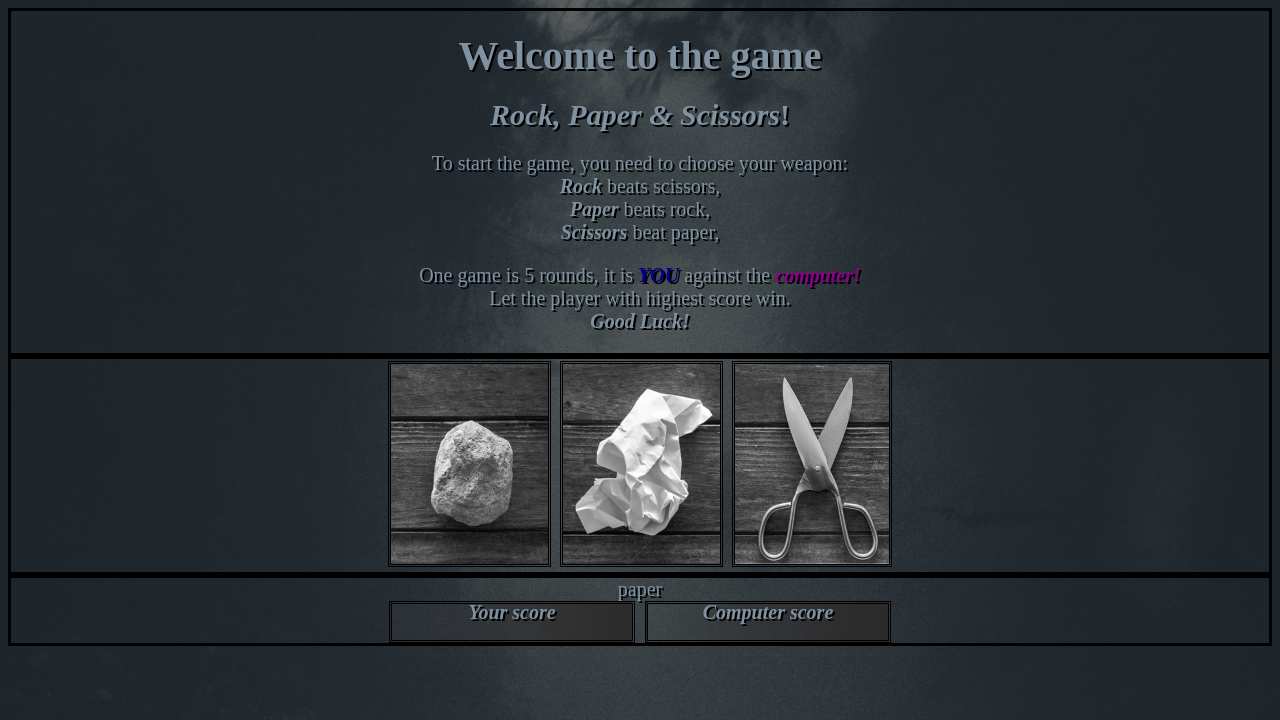
Repository: agneta1991/rock-paper-scissors
Page: Desktop/coding/index.html
These files come from the project's save history. The page is drawn as it stood at one moment and after the next save; the edit follows.
The browser window is 1280 px wide. The pictures show the whole page.

Above is the page before, as saved 2023-03-03 10:13:54.

### Desktop/coding/index.html
<!DOCTYPE html>
<html lang="en">
<head>
    <meta charset="UTF-8">
    <title>Rock Paper Scissors</title>
    <link rel="styleSheet" href='styles.css'>
</head>
<body>
    <script src="javascript.js" defer></script>
    <div class="container1">
        <div class="title">
            <h1>Welcome to the game </h1>
            <h2><span>Rock, Paper & Scissors</span>!</h2>
            <p>To start the game, you need to choose your weapon:<br>
            <span>Rock</span> beats scissors, <br>
            <span>Paper</span> beats rock, <br>
            <span>Scissors</span> beat paper,</p>
            <p>One game is 5 rounds, it is <span style="color: darkblue">YOU</span> against the <span style="color: darkmagenta">computer!</span><br>
            Let the player with highest score win.<br>
        <span>Good Luck!</span></p>
        </div>
    </div>
    <div class ="container2">
        <div class="options">
            <button class="rock"> <img src='images/rock.png'></button>
            <button class="paper"><img src='images/paper.png'></button>
            <button class="scissors"><img src='images/scissors.png'></button>
        </div>
    </div>
    <div class="container3">
        <div id="playerChoice"></div><div id="computerChoice"></div>
        <div class="score">
            <div class="playerScore"><span>Your score<span></span>
            <p class="displayedPlayerScore"></p></div>
            <div class="computerScore"><span>Computer score<span></span>
            <p class="displayedComputerScore"></p></div></div>
        </div>
    </div>
</body>
</html>

### Desktop/coding/styles.css
body{
    background-image: url('images/background.jpg');
    background-size:100%;
}
h1, h2{
    line-height: 90%;
}

.container1, .container2, .container3{
    border: solid black;
    color: rgb(128, 146, 161);
    text-shadow: 2px 2px black;
    font-size: 20px;
}
span{
    font-weight: bold;
    font-style: italic;
}
.container1{
    display: flex;
    justify-content: center;
    text-align: center;
}


img{
    width: auto ;
    height: 200px ;
    border-style: double;
}

.container2 {
    display: flex;
    justify-content: center;
    gap: 8px;
}
button{
    background-color: transparent;
    padding: 0%;
    border-color: transparent;
}


img {
    -webkit-filter:
    grayscale(100%);
    filter:grayscale(100%);
    -webkit-transition: .2s
    ease-in-out;
    transition: .2s ease-in-out;

}

img:hover {
    -webkit-filter:grayscale(0);
    filter:grayscale(0);

}

.playerScore, .computerScore {
    line-height: 80%;
    border: black;
    width: 240px;
    border-style: double;
    background-image: linear-gradient(to right, rgba(156, 146, 146, 0.055),rgb(44, 42, 42) );
}

.score{
    display: flex;
    justify-content: center;
    text-align: center;
    gap: 10px;

}

#playerChoice, #computerChoice{
    padding: 0%;
    display: flex;
    justify-content: center;
    text-align: center;
}

### Desktop/coding/javascript.js
const choice = ['rock', 'paper', 'scissors'];
function getComputerChoice(){
    let randomChoice = choice[Math.floor(Math.random()*choice.length)];
    document.getElementById('computerChoice').innerHTML = randomChoice;
}

let btn = document.querySelectorAll('button');
btn.forEach((individualBtn)=>{
    individualBtn.addEventListener('click', function getPlayersChoice(){
        let playerChoice = individualBtn.className;
        document.getElementById('playerChoice').innerHTML = playerChoice + " against ";

        if (playerChoice === 'rock' || 'paper' || 'scissors'){
            addColor();
        };

        function addColor(){
            individualBtn.style.border = 'solid darkblue';
        };

    });
    getComputerChoice();
});

After the next save:
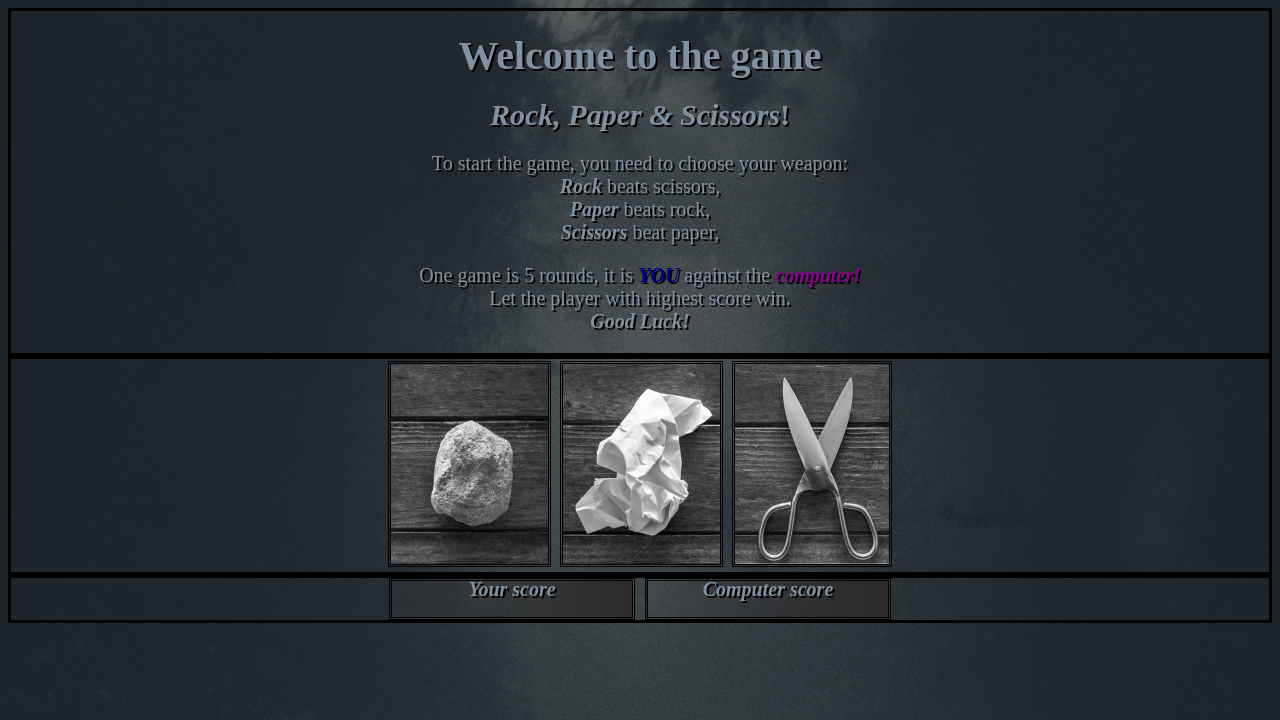
Saved 31 s later.
--- a/Desktop/coding/javascript.js
+++ b/Desktop/coding/javascript.js
@@ -18,6 +18,7 @@ btn.forEach((individualBtn)=>{
             individualBtn.style.border = 'solid darkblue';
         };
 
+        getComputerChoice();
+
     });
-    getComputerChoice();
 });
